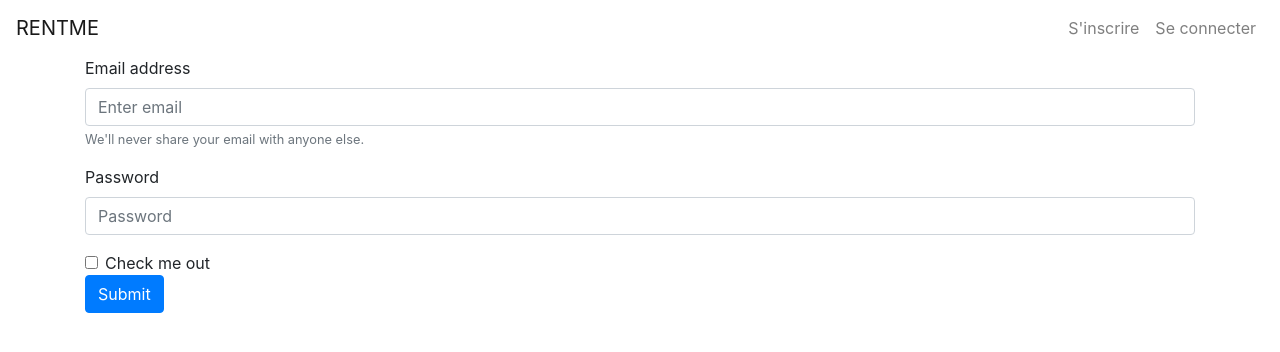
Repository: johan1412/rentme-front
Page: /login
These files come from the project's save history. The page is drawn as it stood at one moment and after the next save; the edit follows.
The browser window is 1280 px wide. The pictures show the whole page.
The project was rebuilt for these pictures with package versions that can differ from the ones it lists, and the page was loaded fresh each time. Also part of the build but not shown: vue.config.js, src/components/auth/Register.vue, src/components/Home.vue.

Above is the page before, as saved 2021-12-14 18:58:40.

After the next save:
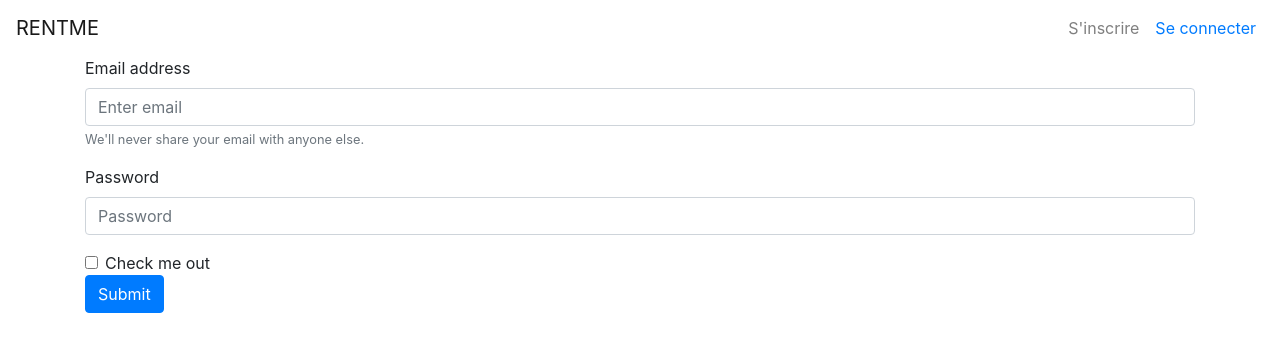
Saved 79 s later.
--- a/src/components/layouts/NavBar.vue
+++ b/src/components/layouts/NavBar.vue
@@ -4,8 +4,8 @@
     <b-navbar-brand href="#" class="m">RENTME</b-navbar-brand>
     <b-collapse id="nav-collapse" is-nav>
       <b-navbar-nav class="ml-auto">
-        <b-nav-item to="/register">S'inscrire</b-nav-item>
-        <b-nav-item to="/login">Se connecter</b-nav-item>
+        <router-link to="register"><b-nav-item>S'inscrire</b-nav-item></router-link>
+        <b-nav-item><router-link to="login">Se connecter</router-link></b-nav-item>
       </b-navbar-nav>
     </b-collapse>
   </b-navbar>
